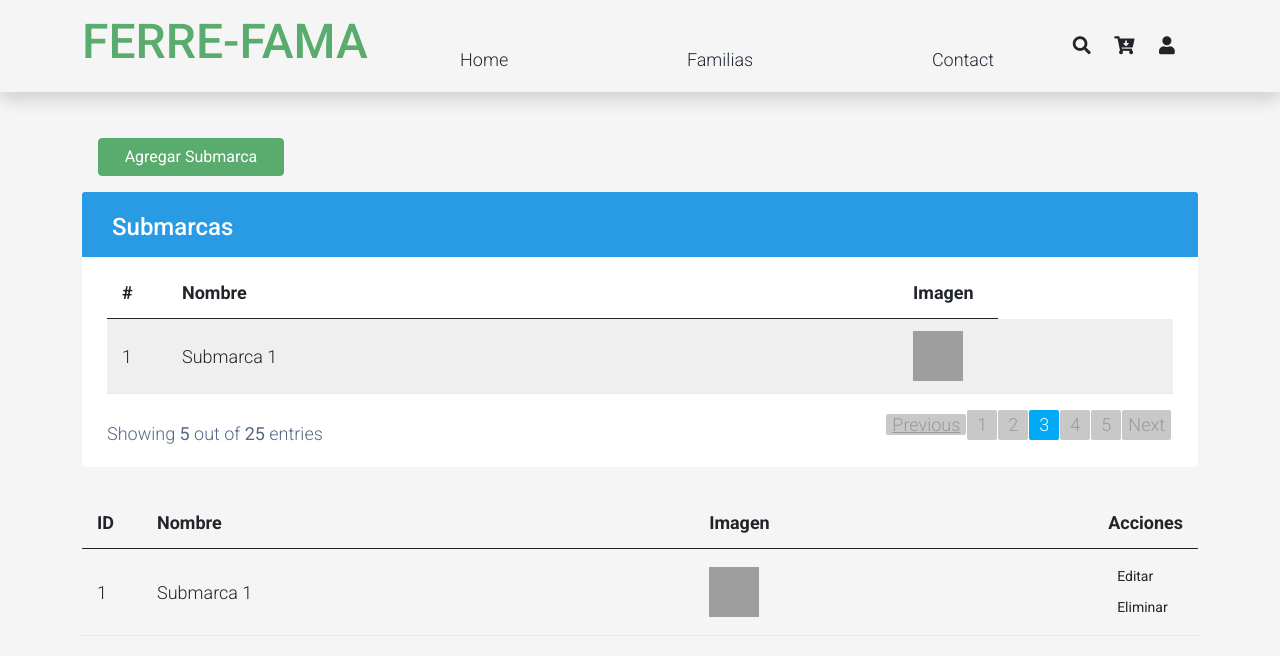
Repository: Yaqode/front-fama
Page: http://localhost/multimedia/Views/marcas.php
These files come from the project's save history. The page is drawn as it stood at one moment and after a run of saves; the edit follows.
The browser window is 1280 px wide. The pictures show the whole page.
Pictures or frames that could not be fetched are drawn as grey boxes. The page is run by PHP 8.4 with error messages shown; the project is at /var/www/html/.

Above is the page before, as saved 2023-12-07 11:40:12.

After the next 2 saves:
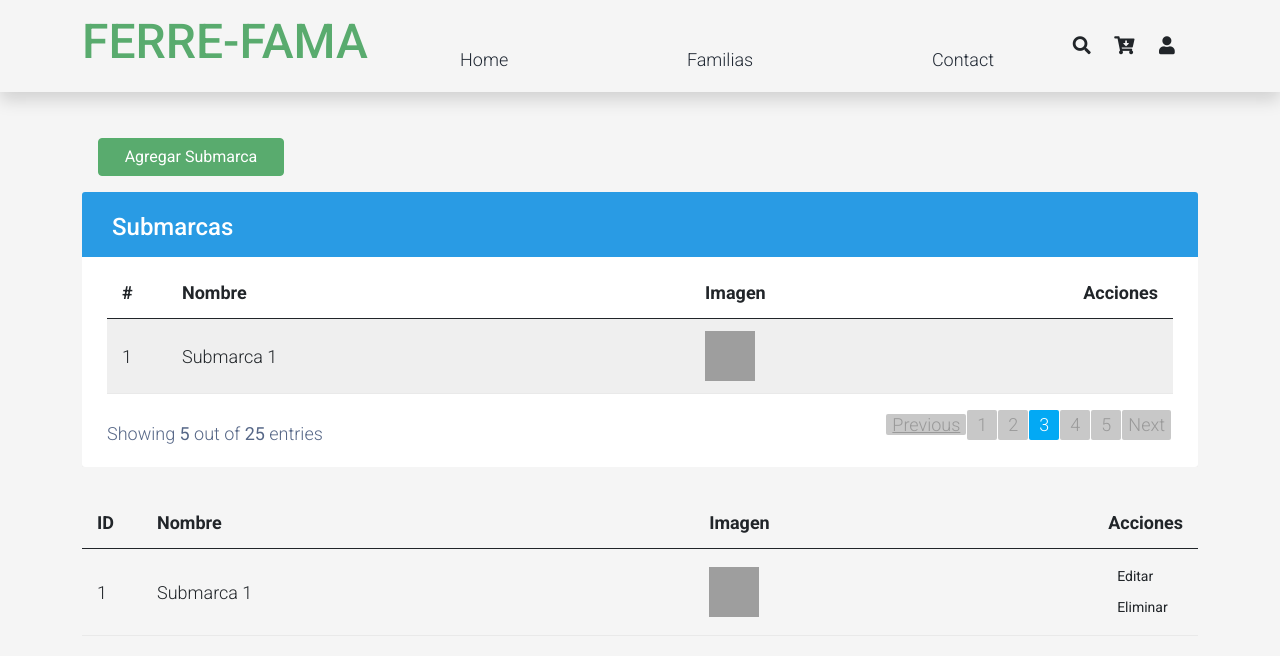
The 2 saves are shown as one change because they came seconds apart.
The last was saved 56 s later.
--- a/Views/marcas.php
+++ b/Views/marcas.php
@@ -260,6 +260,7 @@
                         <th>#</th>
                         <th>Nombre</th>
                         <th>Imagen</th>
+                        <th>Acciones</th>
                     </tr>
                 </thead>
                 <tbody>
